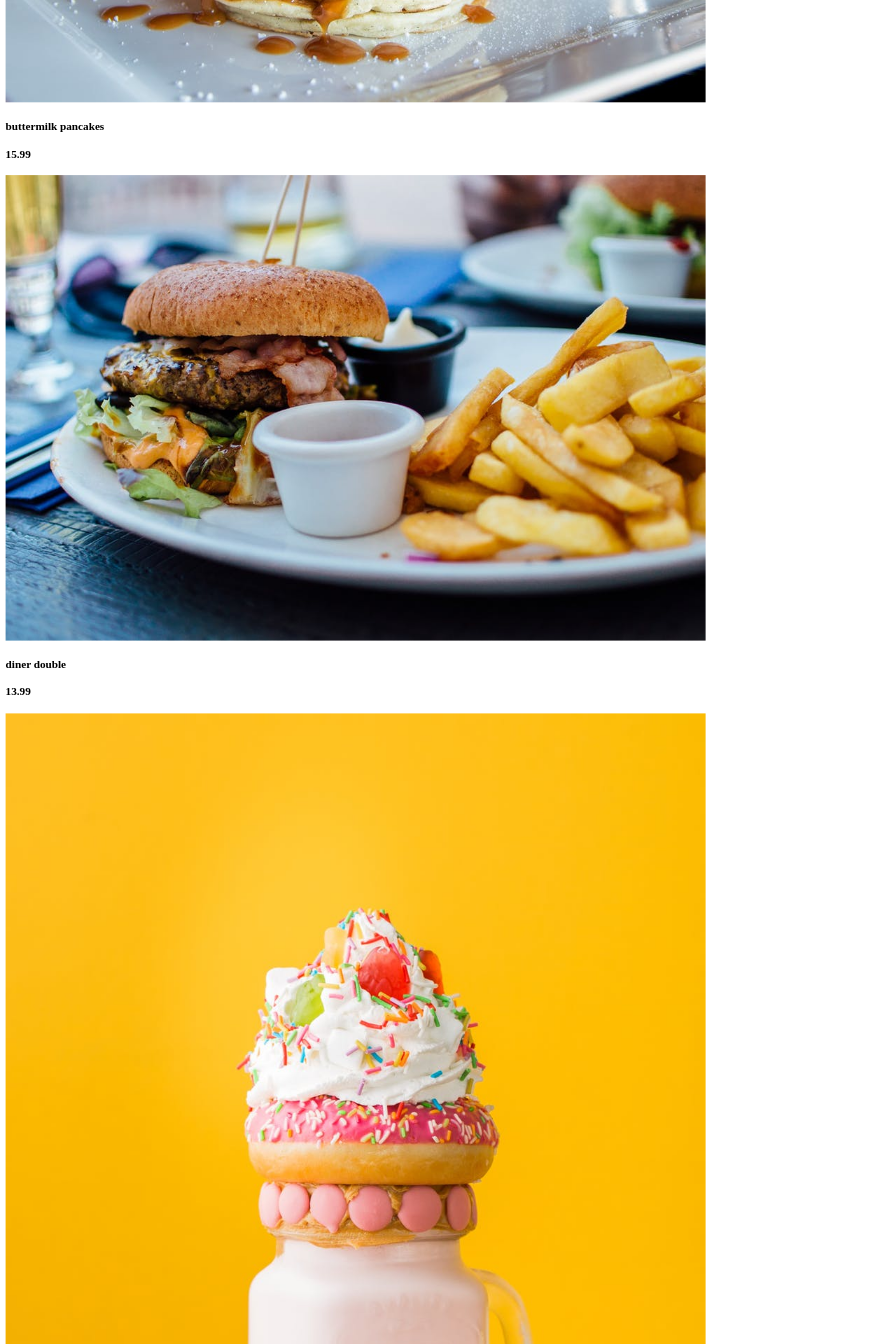
Repository: gligor99/menu-ts-react
Page: /
The author's editor kept a copy of each file at every save. The page is drawn from the files as they stood at one save, then again after the next save.
The browser window is 1280 px wide. The pictures show the part of the page from y = 473 to 2393 px (the page is 8241 px tall before and 8581 px after), at 70% of full size.
The project was rebuilt for these pictures with package versions that can differ from the ones it lists, and the page was loaded fresh each time.

Above is the page before, as saved 2021-11-24 22:52:07.

### src/App.tsx
import { useState } from "react";
import Menu from "./components/Menu";
import items from "./data";

export type ItemsProps = {
  id: number;
  title: string;
  category: string;
  price: number;
  img: string;
  desc: string;
};

function App() {
  const [menuItems, setMenuItems] = useState<ItemsProps[]>(items);

  return (
    <div className="App">
      <Menu items={menuItems} />
    </div>
  );
}

export default App;

### src/components/Menu.tsx
import { ItemsProps } from "../App";

type Props = {
  items: ItemsProps[];
};

const Menu: React.FC<Props> = ({ items }) => {
  console.log(items);

  return (
    <div className="section-center">
      {items.map((item) => {
        return (
          <article className="menu-item" key={item.id}>
            <img src={item.img} alt={item.title} />
            <div className="item-info">
                <header>
                    <h4 className="title">{item.title}</h4>
                    <h4 className="price">{item.price}</h4>
                </header>
            </div>
          </article>
        );
      })}
    </div>
  );
};

export default Menu;

### src/data.ts
const menu = [
    {
      id: 1,
      title: 'buttermilk pancakes',
      category: 'breakfast',
      price: 15.99,
      img: './images/item-1.jpeg',
      desc: `I'm baby woke mlkshk wolf bitters live-edge blue bottle, hammock freegan copper mug whatever cold-pressed `,
    },
    {
      id: 2,
      title: 'diner double',
      category: 'lunch',
      price: 13.99,
      img: './images/item-2.jpeg',
      desc: `vaporware iPhone mumblecore selvage raw denim slow-carb leggings gochujang helvetica man braid jianbing. Marfa thundercats `,
    },
    {
      id: 3,
      title: 'godzilla milkshake',
      category: 'shakes',
      price: 6.99,
      img: './images/item-3.jpeg',
      desc: `ombucha chillwave fanny pack 3 wolf moon street art photo booth before they sold out organic viral.`,
    },
    {
      id: 4,
      title: 'country delight',
      category: 'breakfast',
      price: 20.99,
      img: './images/item-4.jpeg',
      desc: `Shabby chic keffiyeh neutra snackwave pork belly shoreditch. Prism austin mlkshk truffaut, `,
    },
    {
      id: 5,
      title: 'egg attack',
      category: 'lunch',
      price: 22.99,
      img: './images/item-5.jpeg',
      desc: `franzen vegan pabst bicycle rights kickstarter pinterest meditation farm-to-table 90's pop-up `,
    },
    {
      id: 6,
      title: 'oreo dream',
      category: 'shakes',
      price: 18.99,
      img: './images/item-6.jpeg',
      desc: `Portland chicharrones ethical edison bulb, palo santo craft beer chia heirloom iPhone everyday`,
    },
    {
      id: 7,
      title: 'bacon overflow',
      category: 'breakfast',
      price: 8.99,
      img: './images/item-7.jpeg',
      desc: `carry jianbing normcore freegan. Viral single-origin coffee live-edge, pork belly cloud bread iceland put a bird `,
    },
    {
      id: 8,
      title: 'american classic',
      category: 'lunch',
      price: 12.99,
      img: './images/item-8.jpeg',
      desc: `on it tumblr kickstarter thundercats migas everyday carry squid palo santo leggings. Food truck truffaut  `,
    },
    {
      id: 9,
      title: 'quarantine buddy',
      category: 'shakes',
      price: 16.99,
      img: './images/item-9.jpeg',
      desc: `skateboard fam synth authentic semiotics. Live-edge lyft af, edison bulb yuccie crucifix microdosing.`,
    },
    {
      id: 10,
      title: 'pizza margharita',
      category: 'dinner',
      price: 16.99,
      img: './images/item-9.jpeg',
      desc: `skateboard fam synth authentic semiotics. Live-edge lyft af, edison bulb yuccie crucifix microdosing.`,
    },


  ];
  export default menu;

Loaded but not shown: public/index.html (common file); src/index.tsx (common file)

After the next save:
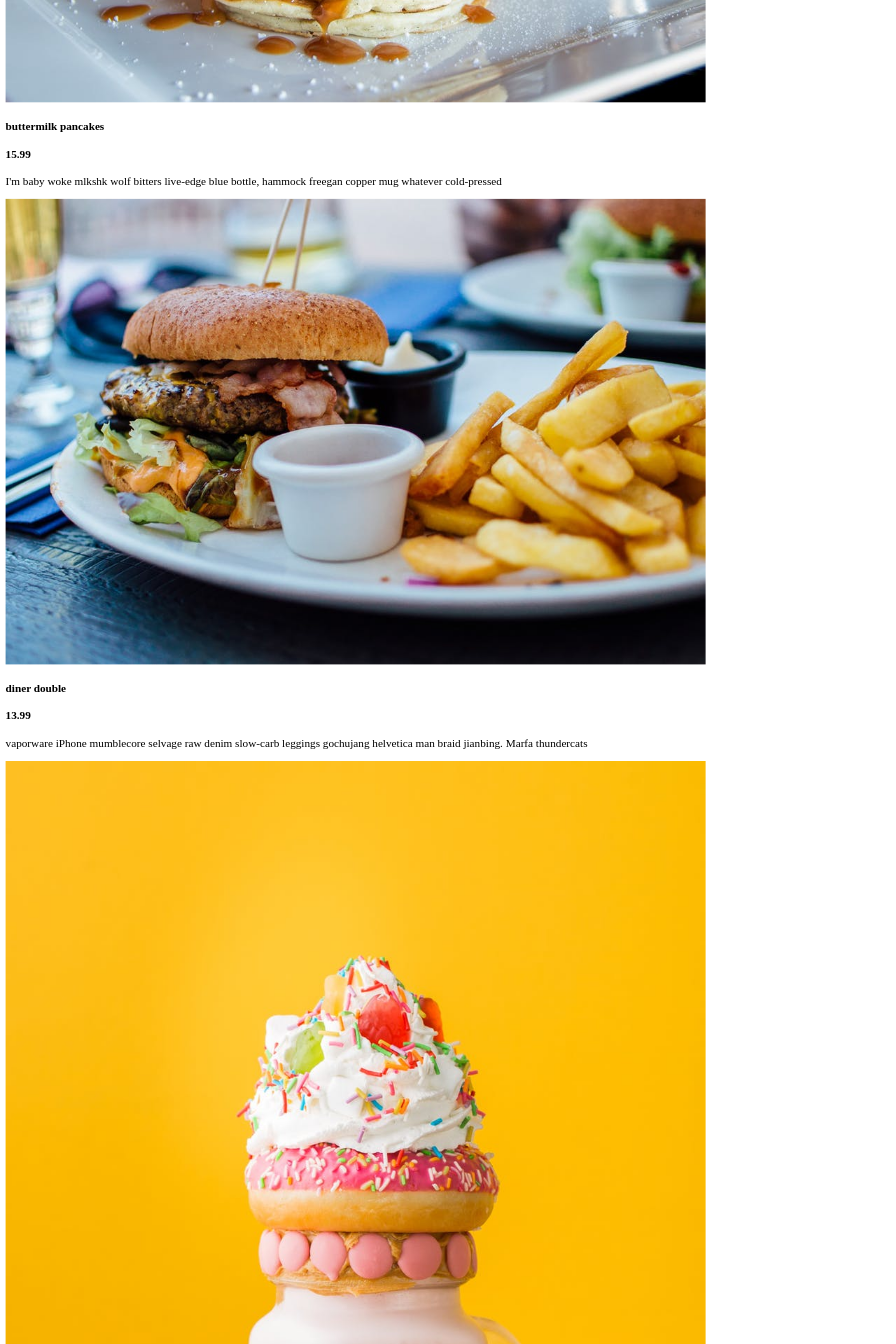
Saved 32 s later.
--- a/src/components/Menu.tsx
+++ b/src/components/Menu.tsx
@@ -18,6 +18,7 @@ const Menu: React.FC<Props> = ({ items }) => {
                     <h4 className="title">{item.title}</h4>
                     <h4 className="price">{item.price}</h4>
                 </header>
+                <p className="item-text">{item.desc}</p>
             </div>
           </article>
         );
